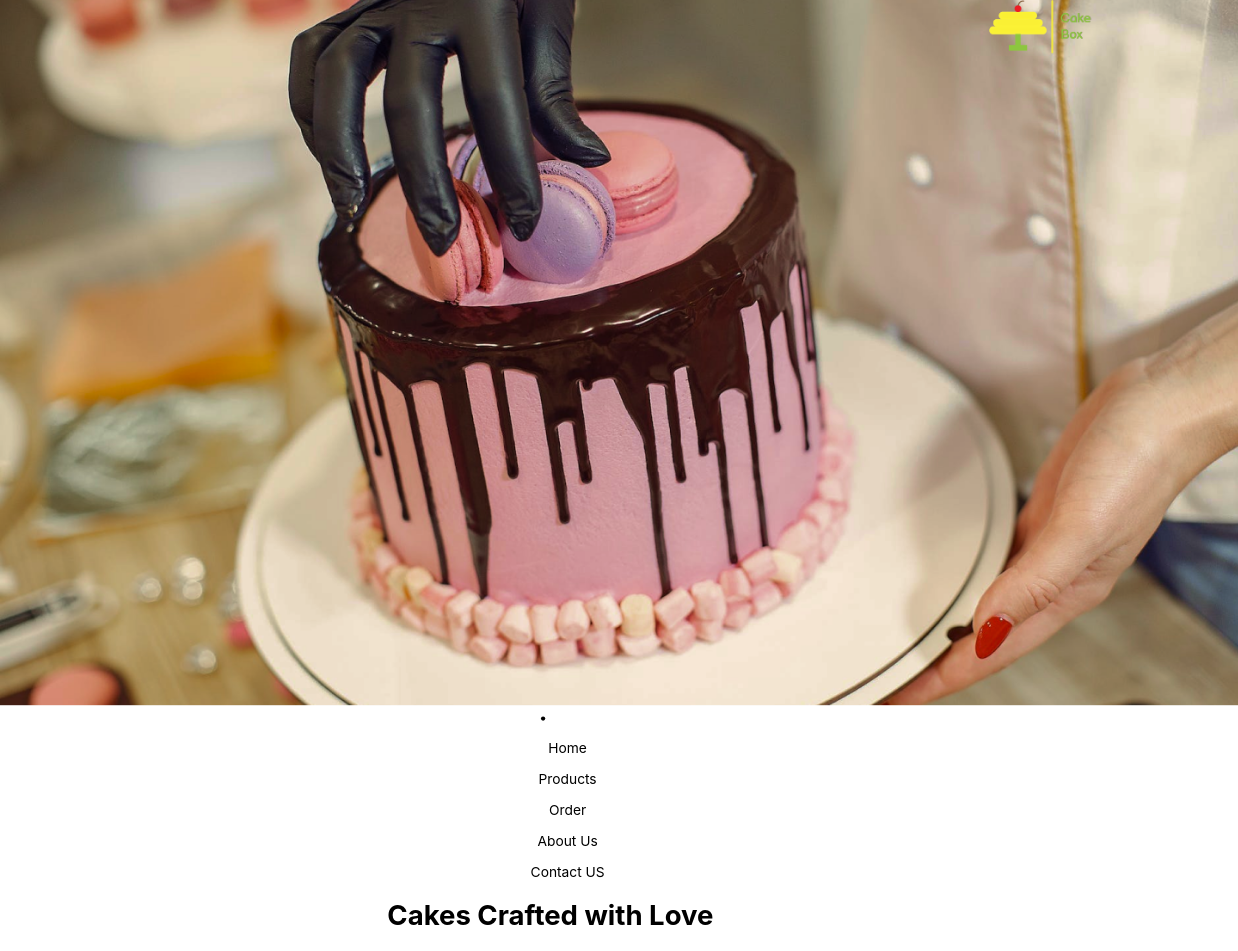
Repository: MEROO1010/cake-box
Page: /
The author's editor kept a copy of each file at every save. The page is drawn from the files as they stood at one save, then again after a run of saves.
The browser window is 1280 px wide. The page is 1440 px wide, so the pictures cover 1440 px, including what lies to the right of the window. The pictures show the whole page, at 86% of full size.
The project was rebuilt for these pictures with package versions that can differ from the ones it lists, and the page was loaded fresh each time.

Above is the page before, as saved 2023-11-09 09:13:04.

### src/App.js
import './App.css';
import HomePage from './components/HomePage';

function App() {
  return (
    <div className="App">
      <HomePage/>
    </div>
  );
}

export default App;

### src/components/HomePage.jsx
import React from 'react';
import homePageImage from '../images/HomePage.png';
import logo from '../images/cake box.png'
import styled from 'styled-components';

const HomePage = () => {
  return (
    <Container>
      <IMAGE>
        <img src={homePageImage} alt='Home Page' />
      </IMAGE>

      {/*add the logo*/}
      <LOGO>
        <img src={logo} alt="logo design" />
      </LOGO>

      {/*Add the header*/}
      <div>
        <li>
          <ul>Home</ul>
          <ul>Products</ul>
          <ul>Order</ul>
          <ul>About Us</ul>
          <ul>Contact US</ul>
        </li>
      </div>


      {/*Add the h1*/}
      <div>
        <h1>Cakes Crafted with Love</h1>
      </div>
    </Container>
  );
};

export default HomePage;

const Container = styled.div`
`

const IMAGE = styled.div `
 position: relative;
 width: '518px';
 height:'760px';
`

const LOGO = styled.div `
  top: 0;
  right: 0;
  position: absolute;
`

Loaded but not shown: public/index.html (common file); src/index.js (common file); src/index.css (common file); src/App.css (common file)

After the next 2 saves:
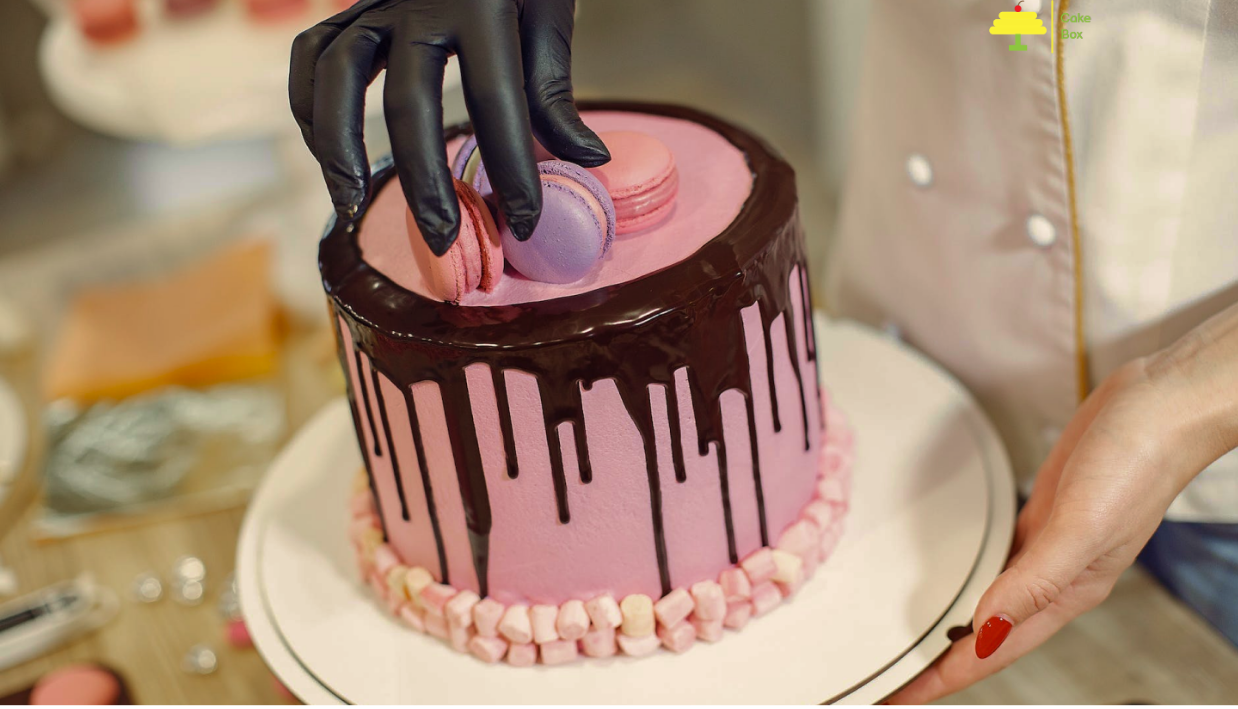
The 2 saves are shown as one change because 1 did not build or start.
The last was saved 100 s later.
--- a/src/components/HomePage.jsx
+++ b/src/components/HomePage.jsx
@@ -40,10 +40,13 @@
 const Container = styled.div`
 `
 
-const IMAGE = styled.div `
- position: relative;
- width: '518px';
- height:'760px';
+const IMAGE = styled.div`
+ position: absolute;
+  top: 0px;
+  left: 0px;
+  width: 1440px;
+  height: 820px;
+  object-fit: cover;
 `
 
 const LOGO = styled.div `
